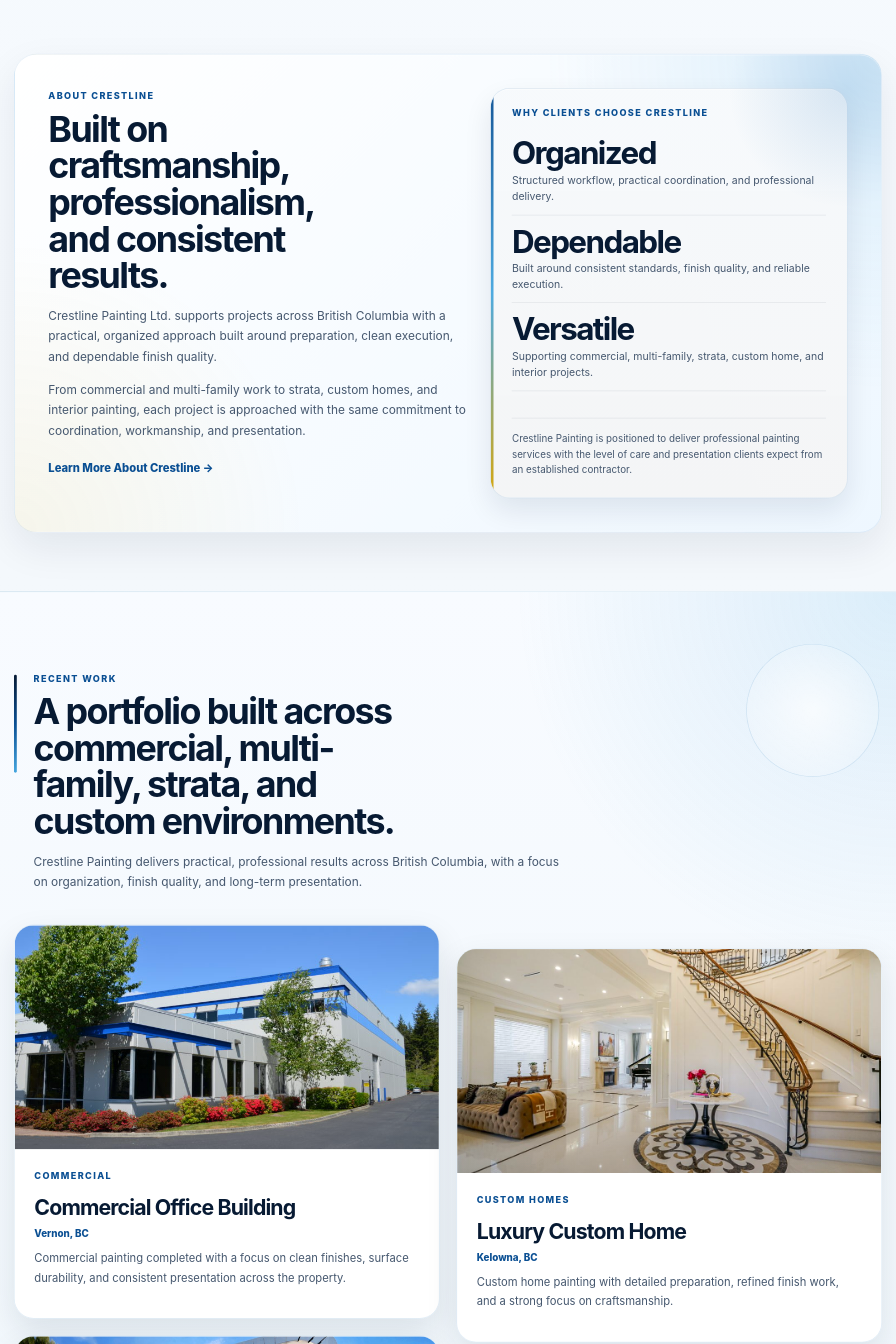
Repository: 300LBHACK3R/Crestline-Painting
Page: /
These files come from the project's save history. The page is drawn as it stood at one moment and after the next save; the edit follows.
The browser window is 1280 px wide. The pictures show the part of the page from y = 787 to 2707 px (the page is 4465 px tall before and 4479 px after), at 70% of full size.
The project was rebuilt for these pictures with package versions that can differ from the ones it lists, and the page was loaded fresh each time. The framework's server and built-in components were replaced by stand-ins that run in the browser. Also part of the build but not shown: next.config.ts.

Above is the page before, as saved 2026-04-29 08:59:40.

### src/app/layout.tsx
import type { Metadata } from "next";
import "./globals.css";

export const metadata: Metadata = {
  metadataBase: new URL("https://crestlinepainting.ca"),

  title: {
    default: "Crestline Painting Ltd.",
    template: "%s | Crestline Painting Ltd.",
  },

  description:
    "Professional painting services across British Columbia for commercial, multi-family, strata, custom homes, and interior projects.",

  keywords: [
    "Painting Company BC",
    "Commercial Painting",
    "Strata Painting",
    "Custom Home Painting",
    "Interior Painting BC",
    "Exterior Painting British Columbia",
  ],

  openGraph: {
    title: "Crestline Painting Ltd.",
    description:
      "Professional painting services across British Columbia.",
    url: "https://crestlinepainting.ca",
    siteName: "Crestline Painting Ltd.",
    images: [
      {
        url: "/images/branding/logo.png",
        width: 1200,
        height: 630,
        alt: "Crestline Painting",
      },
    ],
    locale: "en_CA",
    type: "website",
  },

  twitter: {
    card: "summary_large_image",
    title: "Crestline Painting Ltd.",
    description:
      "Professional painting services across British Columbia.",
    images: ["/images/branding/logo.png"],
  },

  icons: {
    icon: "/favicon.ico",
  },
};

export default function RootLayout({
  children,
}: Readonly<{
  children: React.ReactNode;
}>) {
  return (
    <html lang="en">
      <body className="site-body">
        {children}
      </body>
    </html>
  );
}

### src/app/page.tsx
import SiteHeader from "@/components/layout/site-header";
import SiteFooter from "@/components/layout/site-footer";

import HomeHero from "@/components/home/home-hero";
import HomeAboutPreview from "@/components/home/home-about-preview";
import HomeProjectsPreview from "@/components/home/home-projects-preview";
import HomeCta from "@/components/home/home-cta";

export default function HomePage() {
  return (
    <>
      <SiteHeader />

      <main className="page-main" role="main">
        <HomeHero />

        {/* CLEAN FLOW */}
        <HomeAboutPreview />
        <HomeProjectsPreview />
        <HomeCta />
      </main>

      <SiteFooter />
    </>
  );
}

### src/components/layout/site-header.tsx
"use client";

import Image from "next/image";
import Link from "next/link";
import { usePathname } from "next/navigation";
import { useEffect, useState } from "react";

type SiteHeaderProps = {
  light?: boolean;
};

type NavItem = {
  href: string;
  label: string;
};

const NAV_ITEMS: NavItem[] = [
  { href: "/", label: "Home" },
  { href: "/about", label: "About" },
  { href: "/services", label: "Services" },
  { href: "/projects", label: "Projects" },
  { href: "/contact", label: "Contact" },
];

function cn(...classes: Array<string | false | null | undefined>) {
  return classes.filter(Boolean).join(" ");
}

export default function SiteHeader({ light }: SiteHeaderProps) {
  const pathname = usePathname();
  const [menuOpen, setMenuOpen] = useState(false);

  const isLight = light ?? pathname !== "/";

  const visibleNavItems =
    pathname === "/" ? NAV_ITEMS.filter((item) => item.href !== "/") : NAV_ITEMS;

  const isActive = (href: string) => {
    if (href === "/") return pathname === "/";
    return pathname === href || pathname.startsWith(`${href}/`);
  };

  useEffect(() => {
    setMenuOpen(false);
  }, [pathname]);

  return (
    <header className={cn("site-header", isLight && "site-header--light")}>
      <div className="site-header__bar">
        <Link
          href="/"
          className="site-header__brand"
          aria-label="Crestline Painting home"
        >
          <Image
            src="/images/branding/logo.png"
            alt="Crestline Painting"
            width={260}
            height={90}
            className="site-header__logo"
            priority={pathname === "/"}
          />
        </Link>

        <button
          type="button"
          className="site-header__menu-button"
          aria-label={menuOpen ? "Close navigation menu" : "Open navigation menu"}
          aria-controls="primary-navigation"
          aria-expanded={menuOpen}
          onClick={() => setMenuOpen((current) => !current)}
        >
          <span aria-hidden="true" />
          <span aria-hidden="true" />
          <span aria-hidden="true" />
        </button>

        <div
          id="primary-navigation"
          className={cn("site-header__right", menuOpen && "site-header__right--open")}
        >
          <nav className="site-header__nav" aria-label="Primary navigation">
            {visibleNavItems.map((item) => {
              const active = isActive(item.href);

              return (
                <Link
                  key={item.href}
                  href={item.href}
                  className={cn(
                    "site-header__link",
                    active && "site-header__link--active"
                  )}
                  aria-current={active ? "page" : undefined}
                >
                  {item.label}
                </Link>
              );
            })}
          </nav>

          <Link
            href="/contact"
            className="site-header__cta"
            aria-label="Request a quote from Crestline Painting"
          >
            Request a Quote
          </Link>
        </div>
      </div>
    </header>
  );
}

### src/components/home/home-hero.tsx
"use client";

import Link from "next/link";
import { useMemo, useState } from "react";
import { services, type ServiceItem } from "@/data/services";

const HOME_SERVICE_ORDER = [
  "interior-painting",
  "multi-family",
  "custom-homes",
  "commercial-painting",
  "strata-building-maintenance",
] as const;

function getOrderedServices(): ServiceItem[] {
  const servicesBySlug = new Map(
    services.map((service) => [service.slug, service] as const)
  );

  const orderedServices = HOME_SERVICE_ORDER.map((slug) =>
    servicesBySlug.get(slug)
  ).filter((service): service is ServiceItem => Boolean(service));

  return orderedServices.length > 0 ? orderedServices : [...services];
}

export default function HomeHero() {
  const orderedServices = useMemo(() => getOrderedServices(), []);
  const firstService = orderedServices[0];

  const [activeSlug, setActiveSlug] = useState(firstService?.slug ?? "");

  const activeService =
    orderedServices.find((service) => service.slug === activeSlug) ??
    firstService;

  if (!activeService) return null;

  const activeImage = activeService.detailImage || activeService.image;

  return (
    <section
      className="home-services-hero"
      aria-labelledby="home-services-hero-heading"
    >
      <div
        key={activeService.slug}
        className="home-services-hero__bg"
        style={{
          backgroundImage: `url("${activeImage}")`,
        }}
        aria-hidden="true"
      />

      <div className="home-services-hero__overlay" aria-hidden="true" />

      <div className="home-services-hero__inner">
        <div className="container">
          <h1 id="home-services-hero-heading" className="sr-only">
            Crestline Painting services across British Columbia
          </h1>

          <div className="home-services-hero__grid">
            {orderedServices.map((service) => {
              const isActive = service.slug === activeService.slug;

              return (
                <Link
                  key={service.slug}
                  href={`/services/${service.slug}`}
                  className={`home-service-column${
                    isActive ? " home-service-column--active" : ""
                  }`}
                  onMouseEnter={() => setActiveSlug(service.slug)}
                  onFocus={() => setActiveSlug(service.slug)}
                  aria-label={`Learn more about ${service.title}`}
                >
                  <div className="home-service-column__content">
                    <h2 className="home-service-column__title">
                      {service.title}
                    </h2>

                    <p className="home-service-column__copy">
                      {service.short}
                    </p>

                    <span className="home-service-column__button">
                      Learn More
                      <span aria-hidden="true"> →</span>
                    </span>
                  </div>
                </Link>
              );
            })}
          </div>

          <div className="home-services-hero__mobile-actions">
            <Link
              href="/services"
              className="site-header__cta"
              aria-label="View all Crestline Painting services"
            >
              View All Services
            </Link>
          </div>
        </div>
      </div>
    </section>
  );
}

### src/components/home/home-about-preview.tsx
import Link from "next/link";

export default function HomeAboutPreview() {
  const stats = [
    {
      title: "Organized",
      copy:
        "Structured workflow, practical coordination, and professional delivery.",
    },
    {
      title: "Dependable",
      copy:
        "Built around consistent standards, finish quality, and reliable execution.",
    },
    {
      title: "Versatile",
      copy:
        "Supporting commercial, multi-family, strata, custom home, and interior projects.",
    },
  ];

  return (
    <section className="section home-about">
      <div className="container">
        <div className="about-feature">
          <div className="split-panel split-panel--about-home">

            {/* LEFT */}
            <div className="about-feature__content">
              <span className="section-intro__eyebrow">
                About Crestline
              </span>

              <h2 className="section-intro__title">
                Built on craftsmanship, professionalism, and consistent results.
              </h2>

              <p className="section-intro__copy">
                Crestline Painting Ltd. supports projects across British Columbia with a practical,
                organized approach built around preparation, clean execution, and dependable finish quality.
              </p>

              <p className="section-intro__copy">
                From commercial and multi-family work to strata, custom homes, and interior painting,
                each project is approached with the same commitment to coordination, workmanship, and presentation.
              </p>

              <Link
                href="/about"
                className="about-feature__link"
                aria-label="Learn more about Crestline Painting"
              >
                Learn More About Crestline →
              </Link>
            </div>

            {/* RIGHT */}
            <div className="stats-card stats-card--feature">
              <span className="stats-card__eyebrow">
                Why Clients Choose Crestline
              </span>

              {stats.map((item) => (
                <div key={item.title} className="stats-card__item">
                  <strong>{item.title}</strong>
                  <span>{item.copy}</span>
                </div>
              ))}

              <div className="stats-card__footer">
                Crestline Painting is positioned to deliver professional painting services with the level of
                care and presentation clients expect from an established contractor.
              </div>
            </div>

          </div>
        </div>
      </div>
    </section>
  );
}

### src/components/home/home-projects-preview.tsx
import Link from "next/link";
import { projects } from "@/data/projects";

export default function HomeProjectsPreview() {
  const featuredProjects = projects.filter((project) => project.featured).slice(0, 4);

  const projectsToShow =
    featuredProjects.length > 0 ? featuredProjects : projects.slice(0, 4);

  return (
    <section
      className="section home-projects-preview"
      aria-labelledby="home-projects-heading"
    >
      <div className="container">
        <div className="section-intro home-projects-preview__intro">
          <span className="section-intro__eyebrow">Recent Work</span>

          <h2 id="home-projects-heading" className="section-intro__title">
            A portfolio built across commercial, multi-family, strata, and
            custom environments.
          </h2>

          <p className="section-intro__copy">
            Crestline Painting delivers practical, professional results across
            British Columbia, with a focus on organization, finish quality, and
            long-term presentation.
          </p>
        </div>

        <div className="project-showcase-grid">
          {projectsToShow.map((project, index) => (
            <Link
              key={project.id}
              href="/projects"
              className={`project-showcase-card ${
                index % 2 !== 0 ? "project-showcase-card--offset" : ""
              }`}
              aria-label={`View ${project.title} in the project portfolio`}
            >
              <article className="project-showcase-card__inner">
                <div className="project-showcase-card__media">
                  <div
                    className="project-showcase-card__image"
                    style={{
                      backgroundImage: `url("${project.image}")`,
                    }}
                  >
                    <div
                      className="project-showcase-card__overlay"
                      aria-hidden="true"
                    />
                  </div>
                </div>

                <div className="project-showcase-card__body">
                  <span className="card__eyebrow">{project.category}</span>

                  <h3 className="project-showcase-card__title">
                    {project.title}
                  </h3>

                  <div className="project-showcase-card__meta">
                    {project.location}
                  </div>

                  <p className="project-showcase-card__copy">
                    {project.description}
                  </p>
                </div>
              </article>
            </Link>
          ))}
        </div>

        <div className="section__actions home-projects-preview__actions">
          <Link href="/projects" className="button button--primary">
            View Full Portfolio
          </Link>
        </div>
      </div>
    </section>
  );
}

### src/components/home/home-cta.tsx
import Link from "next/link";

export default function HomeCta() {
  return (
    <section className="section home-cta" aria-labelledby="home-cta-heading">
      <div className="container">
        <div className="cta-panel home-cta-panel">
          <div className="cta-panel__content">
            <span className="section-intro__eyebrow">Request a Quote</span>

            <h2 id="home-cta-heading" className="section-intro__title">
              Need a painting team built for clean execution?
            </h2>

            <p className="section-intro__copy">
              Crestline Painting supports commercial, multi-family, strata,
              custom home, and interior projects across British Columbia with
              organized coordination, professional site standards, and strong
              finish quality.
            </p>
          </div>

          <div className="cta-panel__actions">
            <Link
              href="/contact"
              className="button button--primary"
              aria-label="Request a quote from Crestline Painting"
            >
              Request a Quote
            </Link>

            <Link
              href="/projects"
              className="text-link"
              aria-label="View Crestline Painting project portfolio"
            >
              View Projects
              <span aria-hidden="true">→</span>
            </Link>
          </div>
        </div>
      </div>
    </section>
  );
}

Loaded but not shown: src/app/globals.css (2782 lines, source omitted); src/data/services.ts (129 lines, source omitted); src/data/projects.ts (111 lines, source omitted); src/components/layout/site-footer.tsx (116 lines, source omitted)

After the next save:
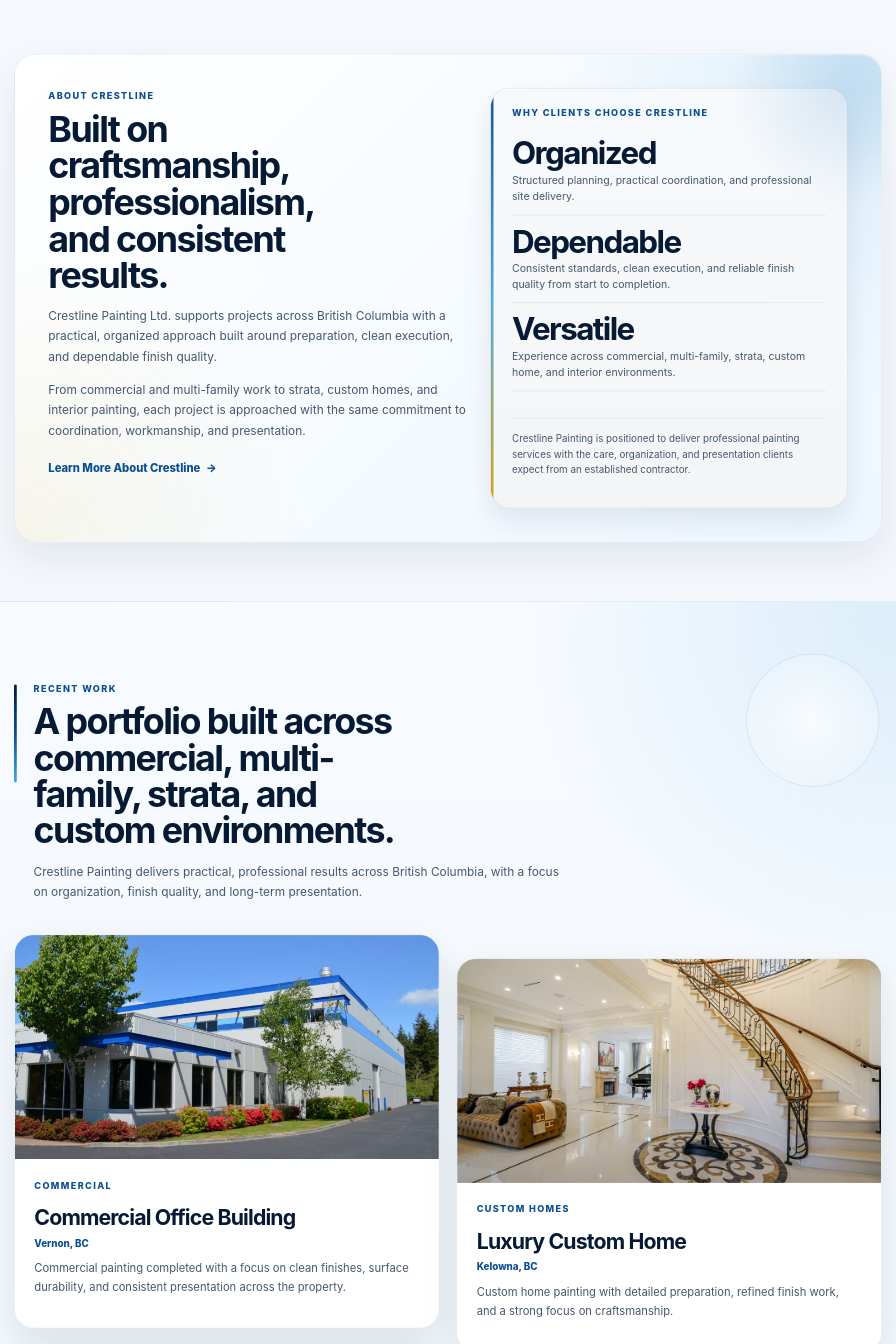
Saved 39 s later.
--- a/src/components/home/home-about-preview.tsx
+++ b/src/components/home/home-about-preview.tsx
@@ -1,48 +1,51 @@
 import Link from "next/link";
 
+type AboutStat = {
+  title: string;
+  copy: string;
+};
+
+const aboutStats: AboutStat[] = [
+  {
+    title: "Organized",
+    copy:
+      "Structured planning, practical coordination, and professional site delivery.",
+  },
+  {
+    title: "Dependable",
+    copy:
+      "Consistent standards, clean execution, and reliable finish quality from start to completion.",
+  },
+  {
+    title: "Versatile",
+    copy:
+      "Experience across commercial, multi-family, strata, custom home, and interior environments.",
+  },
+];
+
 export default function HomeAboutPreview() {
-  const stats = [
-    {
-      title: "Organized",
-      copy:
-        "Structured workflow, practical coordination, and professional delivery.",
-    },
-    {
-      title: "Dependable",
-      copy:
-        "Built around consistent standards, finish quality, and reliable execution.",
-    },
-    {
-      title: "Versatile",
-      copy:
-        "Supporting commercial, multi-family, strata, custom home, and interior projects.",
-    },
-  ];
-
   return (
-    <section className="section home-about">
+    <section className="section home-about" aria-labelledby="home-about-heading">
       <div className="container">
         <div className="about-feature">
           <div className="split-panel split-panel--about-home">
+            <div className="about-feature__content">
+              <span className="section-intro__eyebrow">About Crestline</span>
 
-            {/* LEFT */}
-            <div className="about-feature__content">
-              <span className="section-intro__eyebrow">
-                About Crestline
-              </span>
-
-              <h2 className="section-intro__title">
+              <h2 id="home-about-heading" className="section-intro__title">
                 Built on craftsmanship, professionalism, and consistent results.
               </h2>
 
               <p className="section-intro__copy">
-                Crestline Painting Ltd. supports projects across British Columbia with a practical,
-                organized approach built around preparation, clean execution, and dependable finish quality.
+                Crestline Painting Ltd. supports projects across British
+                Columbia with a practical, organized approach built around
+                preparation, clean execution, and dependable finish quality.
               </p>
 
               <p className="section-intro__copy">
-                From commercial and multi-family work to strata, custom homes, and interior painting,
-                each project is approached with the same commitment to coordination, workmanship, and presentation.
+                From commercial and multi-family work to strata, custom homes,
+                and interior painting, each project is approached with the same
+                commitment to coordination, workmanship, and presentation.
               </p>
 
               <Link
@@ -50,29 +53,32 @@
                 className="about-feature__link"
                 aria-label="Learn more about Crestline Painting"
               >
-                Learn More About Crestline →
+                Learn More About Crestline
+                <span aria-hidden="true">→</span>
               </Link>
             </div>
 
-            {/* RIGHT */}
-            <div className="stats-card stats-card--feature">
+            <aside
+              className="stats-card stats-card--feature"
+              aria-label="Why clients choose Crestline Painting"
+            >
               <span className="stats-card__eyebrow">
                 Why Clients Choose Crestline
               </span>
 
-              {stats.map((item) => (
+              {aboutStats.map((item) => (
                 <div key={item.title} className="stats-card__item">
                   <strong>{item.title}</strong>
                   <span>{item.copy}</span>
                 </div>
               ))}
 
-              <div className="stats-card__footer">
-                Crestline Painting is positioned to deliver professional painting services with the level of
-                care and presentation clients expect from an established contractor.
-              </div>
-            </div>
-
+              <p className="stats-card__footer">
+                Crestline Painting is positioned to deliver professional
+                painting services with the care, organization, and presentation
+                clients expect from an established contractor.
+              </p>
+            </aside>
           </div>
         </div>
       </div>
